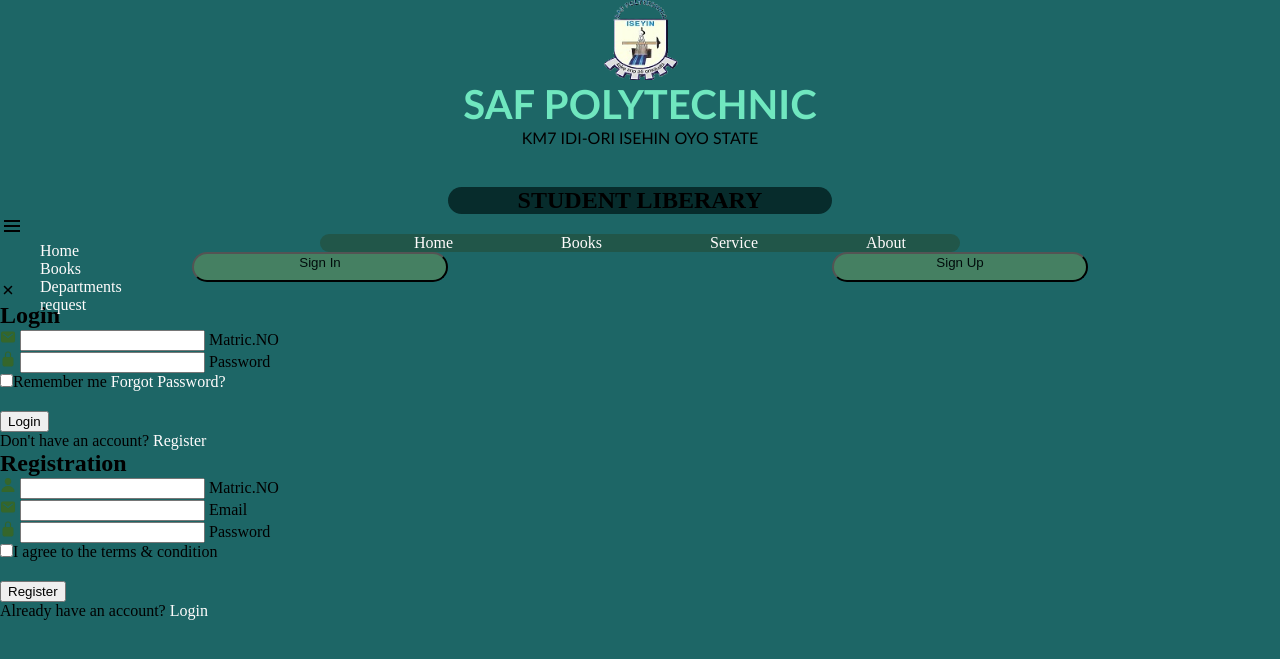
Repository: makinwademila/new-html
Page: index.html
The author's editor kept a copy of each file at every save. The page is drawn from the files as they stood at one save, then again after the next save.
The browser window is 1280 px wide. The pictures show the whole page.

Above is the page before, as saved 2025-03-05 18:45:45.
Console error: ReferenceError: e is not defined

### index.html
<!DOCTYPE html>
    <html lang="en">

        <head>

            <title>test web page</title>
            <link href="style.css" rel="stylesheet">
        </head>
        <title>saf porject</title>

        <body>
            <header>
                <div class="names">
                    <img src="logo.png">
                    <div class="name">
                        <h6>
                            SAF POLYTECHNIC
                        </h6>
                    </div>

                    <div class="namer"> KM7 IDI-ORI ISEHIN OYO STATE
                    </div>
                </div>
            </header>

            <nav>
                <div class="title">
                    <h2>
                        STUDENT LIBERARY
                    </h2>
                </div>
            </nav>
            <div class="nav-menu-btn">

                <div class="menu-icon" id="menu-icon">

                    <div class="dropdown">
                        <span class="dropdown-button">
                        <i class="menu-icon"> <svg xmlns="http://www.w3.org/2000/svg" width="24" height="24" viewBox="0 0 24 24"><path d=
                        "M4 6h16v2H4zm0 5h16v2H4zm0 5h16v2H4z"/></svg></i>


                        <div class="dropdown-content">
                            <ul>
                                <li><a href="#">Home</a></li>
                                <li><a href="#">Books</a></li>
                                <li><a href="#">Departments</a></li>
                                <li><a href="#">request</a></li>
                            </ul>
                        </div>
                    </div>


                </div>
                <div class="drop-down-menu" id="drop-down-menu">

                </div>

            </div>
            <div class="nav-menu">
                <ul>
                    <li><a href="#" class="first">Home</a></li>
                    <li><a href="#" class="second">Books</a></li>
                    <li><a href="#" class="third">Service</a></li>
                    <li><a href="#" class="fourth">About</a></li>
                </ul>
            </div>


            <div class="nav-button">
                <button class="btn1" id="loginBtn">Sign In</button>
                <button class="btn" id="RegisterBtn">Sign Up</button>
            </div>

            <div class="wrapper">
                <span class="icon-close"><ion-icon name="close"></ion-icon>
                </span>

                        <div class="form-box login">
                            <h2>Login</h2>
                            <form action="#">
                                <div class="input-box">
                                    <span class="icon"><ion-icon name="mail"></ion-icon></span>
                                    <input type="email" required>
                                    <label>Matric.NO</label>
                                </div>
                                <form action="#">
                                    <div class="input-box">
                                        <span class="icon"><ion-icon name="lock-closed"></ion-icon></span>
                                        <input type="password" required>
                                        <label>Password</label>
                                    </div>
                                    <div class="remember-forgot">
                                        <label><input type="checkbox" required>Remember me</label>
                                        <a href="#">Forgot Password?</a>
                                    </div>
                                    <button type="submit" class="btn" onclick="active" href="home.html">Login</button>
                                    <div class="login-register">
                                        <p>Don't have an account? <a href="#" class="register-link">Register</a></p>
                                    </div>
                                </form>
                        </div>

                        <div class="form-box register">
                            <h2>Registration</h2>
                            <form action="#">
                                <div class="input-box">
                                    <span class="icon"><ion-icon name="person"></ion-icon></span>
                                    <input type="text" required>
                                    <label>Matric.NO</label>
                                </div>
                                <div class="input-box">
                                    <span class="icon"><ion-icon name="mail"></ion-icon></span>
                                    <input type="email" required>
                                    <label>Email</label>
                                </div>
                                <form action="#">
                                    <div class="input-box">
                                        <span class="icon"><ion-icon name="lock-closed"></ion-icon></span>
                                        <input type="password" required>
                                        <label>Password</label>
                                    </div>
                                    <div class="remember-forgot">
                                        <label><input type="checkbox" required>I agree to the terms & condition</label>

                                    </div>
                                    <button type="submit" class="btn">Register</button>
                                    <div class="login-register">
                                        <p>Already have an account? <a href="#" class="login-link">Login</a></p>
                                    </div>
                                </form>
                        </div>
                    </div>

                    <script type="module" src="https://unpkg.com/ionicons@7.1.0/dist/ionicons/ionicons.esm.js"></script>
                    <script nomodule src="https://unpkg.com/ionicons@7.1.0/dist/ionicons/ionicons.js"></script>
                    <script src="script.js"></script>
        </body>


        </html>

### style.css
* {
    margin: auto;
    padding: auto;
}

body {
    margin: 0;
    padding: 0;
    background-color: rgb(29, 102, 102);
    height: auto;
    width: auto;
}

header {
    font-family: 'Gill Sans', 'Gill Sans MT', Calibri, 'Trebuchet MS', sans-serif;
    justify-content: center;
    align-content: center;
}

img {
    height: 80px;
    width: 80px;
    display: block;
    margin: auto;
}

.name h6 {
    font-size: 40px;
    font-weight: bolder;
    color: rgb(112, 231, 191);
    display: flex;
    justify-content: center;
    align-content: center;
}

.title {
    display: flex;
    justify-content: center;
    align-items: center;
    flex-direction: row;
    justify-content: space-between;
    justify-content: space-around;
    color: black;
    background-color: rgb(7, 44, 44);
    border-radius: 60px;
    width: 30%;
    list-style: none;
    margin-top: 40px;
}

.namer {
    display: flex;
    justify-content: center;
}

.nav-button button {
    display: flex;
    background-color: rgb(69, 128, 98);
    color: rgb(1, 12, 12);
    height: 30px;
    width: 20%;
    border-radius: 20px;
}

.icon {
    color: rgb(53, 102, 43);
}

.nav-menu {
    position: relative;
    top: 20px;
    border-top: 40px;
    width: 50%;
    background-color: rgba(34, 83, 67, 0.836);
    border-radius: 70px;
}

.nav-menu ul {
    display: flex;
    flex-direction: row;
    justify-content: space-between;
}

a {
    background-color: transparent;
    color: rgb(255, 252, 252);
    transition: 1s;
    opacity: 5px;
    animation: forwards;
    border-radius: 100px;
    text-decoration: none;
}

a:hover {
    color: rgba(255, 219, 14, 0.801);
}

a:active {
    background-color: rgb(30, 48, 30);
    transition: 1s ease-in-out;
}

.nav-button {
    justify-content: center;
    display: flex;
    justify-content: space-around;
}

li {
    color: transparent;
}

.nav-menu-btn {
    position: absolute;
    border: none;
    color: #65dee2;
    display: flex;
    overflow: hidden;
}

.nav-menu-btn:hover {
    color: aliceblue;
}

.nav-button {
    border: none;
    justify-content: center;
    display: flex;
    justify-content: space-between;
}

button {
    font-family: Arial, Helvetica, sans-serif;
    justify-content: center;
    margin-top: 20px;
}

header {
    transform: scale(1);
}

.header {
    overflow: hidden;
    transform: scale(1);
}

### script.js
const dropdownButton = document.querySelector('.dropdown-button');
const dropdownContent = document.querySelector('.dropdown-content');
const wrapper = document.querySelector('.wrapper');
const loginlink = document.querySelector('.login-link');
const registerlink = document.querySelector('.register-link');
const btnPopup = document.querySelector('.btnLogin-popup');
const iconClose = document.querySelector('.icon-close');


dropdownButton.addEventListener('click', () => {
    dropdownContent.classList.toggle('show');
});

window.addEventListener('click', (e) => {});
if (!e.target.classList.contains('dropdown-button') && !e.target.classList.contains('dropdown-content')) {
    dropdownContent.classList.remove('show');
}


registerlink.addEventListener('click', () => {
    wrapper.classList.add('active');
});

loginlink.addEventListener('click', () => {
    wrapper.classList.remove('active');
});

btnPopup.addEventListener('click', () => {
    wrapper.classList.toggle('active-popup');
});

iconClose.addEventListener('click', () => {
    wrapper.classList.remove('active-popup');
});

After the next save:
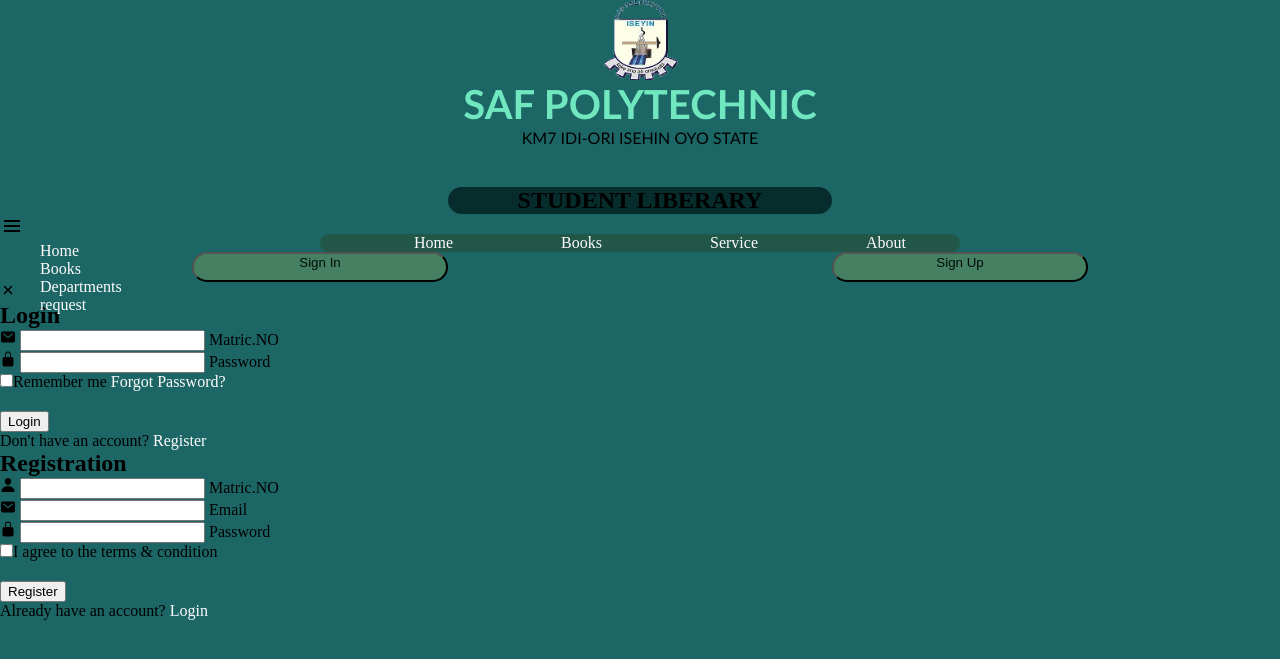
Saved 9 s later.
--- a/style.css
+++ b/style.css
@@ -60,10 +60,6 @@
     height: 30px;
     width: 20%;
     border-radius: 20px;
-}
-
-.icon {
-    color: rgb(53, 102, 43);
 }
 
 .nav-menu {
